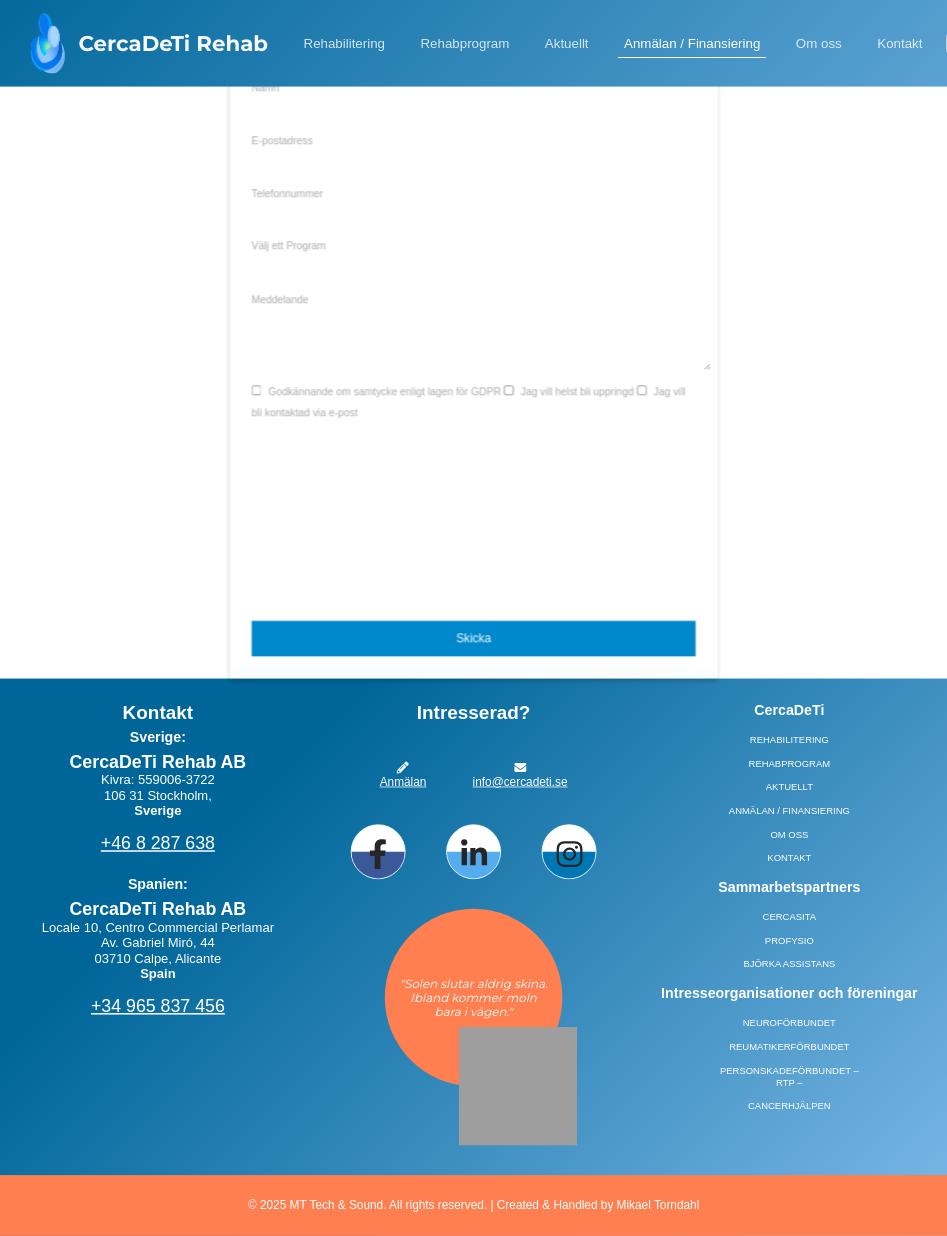
Repository: micketorndahl/CercaDeTi-rehab
Page: anmalan-form.html
The author's editor kept a copy of each file at every save. The page is drawn from the files as they stood at one save, then again after the next save.
The browser window is 1280 px wide. The pictures show the whole page, at 74% of full size.
Pictures or frames that could not be fetched are drawn as grey boxes. The page's requests for data from a server got no answer. Some web fonts or font styles are not loaded; a fallback is used. Some web libraries are served in a nearby version.

Above is the page before, as saved 2025-02-01 18:27:10.
Console error: TypeError: Cannot read properties of null (reading 'addEventListener')

After the next save:
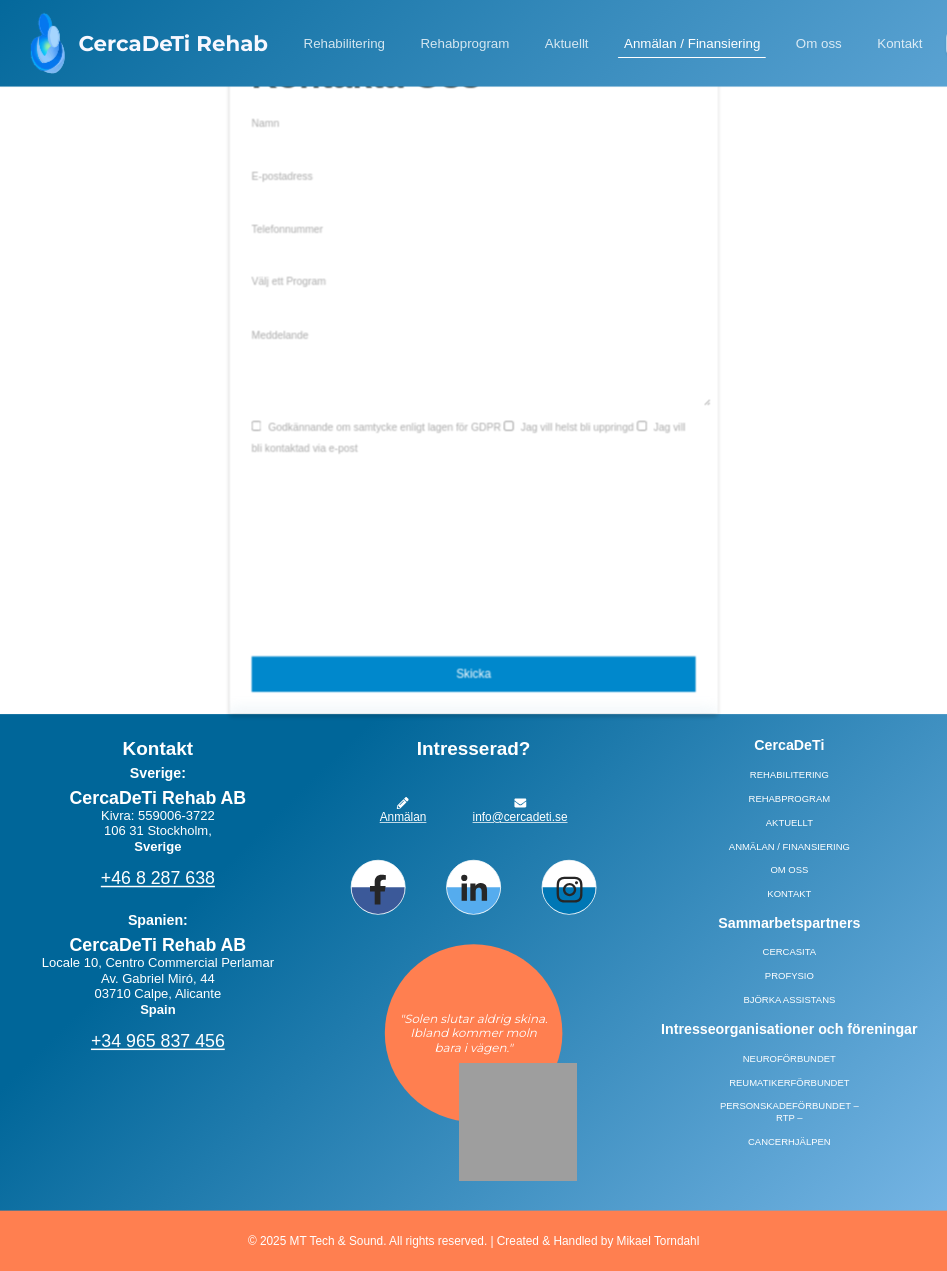
Saved 5 s later.
--- a/css/layout.css
+++ b/css/layout.css
@@ -288,7 +288,7 @@
 .form-container {
   background: rgba(255, 255, 255, 0.1);
   backdrop-filter: blur(10px);
-  padding-top: 3rem;
+  margin-top: 3rem;
   padding: 30px;
   border-radius: var(--border-radius);
   width: 100%;
